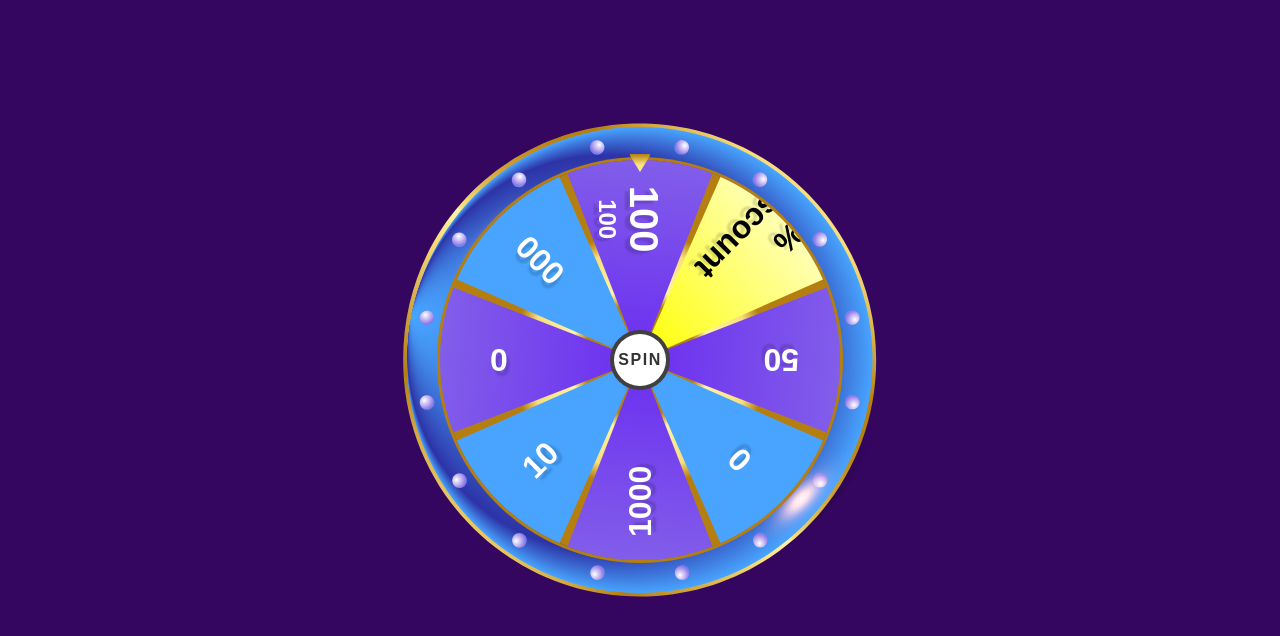
Repository: Jacques-Jaki-Morkel/FundedMarketplace_WheelofFortune
Page: index.html
The author's editor kept a copy of each file at every save. The page is drawn from the files as they stood at one save, then again after the next save.
The browser window is 1280 px wide. The pictures show the whole page.

Above is the page before, as saved 2025-08-14 14:07:31.

After the next save:
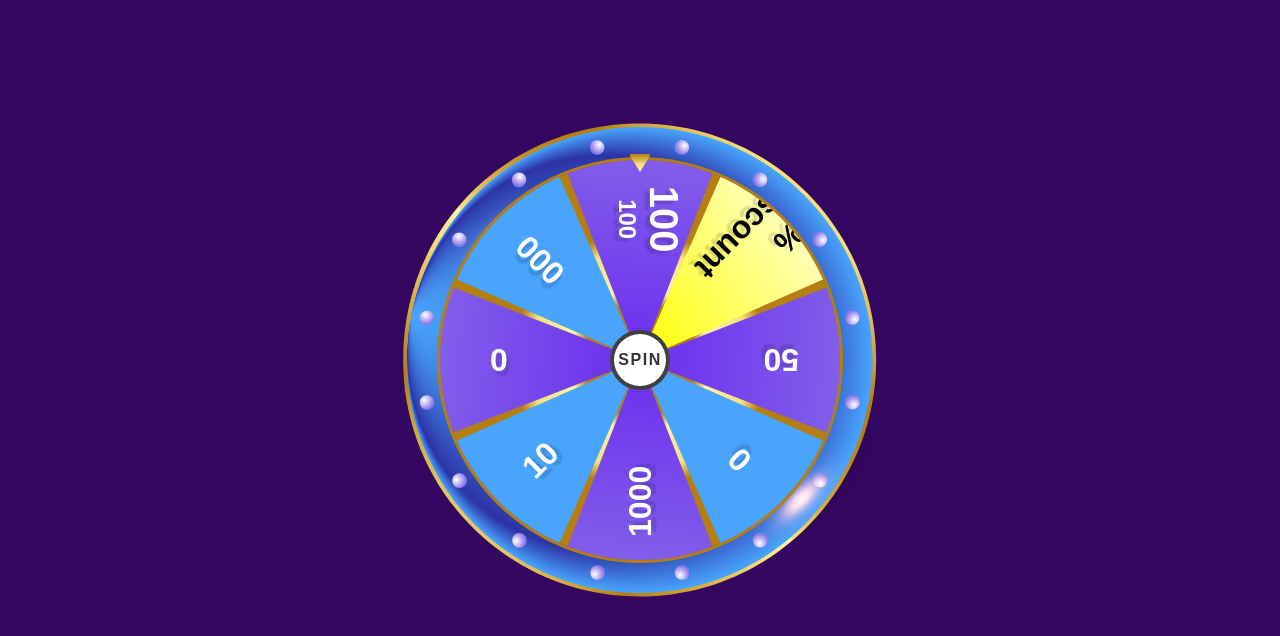
Saved 4 s later.
--- a/styles.css
+++ b/styles.css
@@ -122,7 +122,7 @@ body {
 }
 .largeSliceText {
     font-size: 1.25em;
-    margin-top: 20px;
+    margin-top: -20px;
 }
 
 /* .container .wheel .number span::after {
